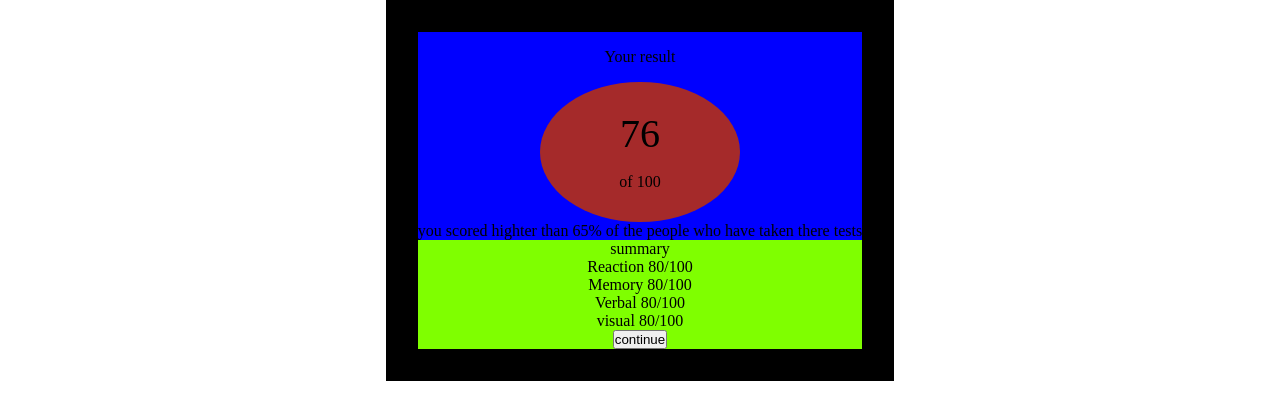
Repository: rahanwz/Card2-raha
Page: card2.html
These files come from the project's save history. The page is drawn as it stood at one moment and after a run of saves; the edit follows.
The browser window is 1280 px wide. The pictures show the whole page.

Above is the page before, as saved 2024-02-19 23:35:33.

### card2.html
<!DOCTYPE html>
<html lang="en">
  <head>
    <meta charset="UTF-8" />
    <meta name="viewport" content="width=device-width, initial-scale=1.0" />
    <title>Document</title>
    <link rel="stylesheet" href="card2.css" />
  </head>
  <body>
    <div class="container">
      <div class="card_container">
        <div class="top_card">
          <p>Your result</p>
          <div class="present">
           <p>76</p><p>of 100</p>
          </div>
          <p>
            you scored highter than 65% of the people who have taken there tests
          </p>
        </div>
        <div class="bottom_card">
          <p>summary</p>
          <div>Reaction 80/100</div>
          <div>Memory 80/100</div>
          <div>Verbal 80/100</div>
          <div>visual 80/100</div>
          <div><button>continue</button></div>
        </div>
      </div>
    </div>
  </body>
</html>

### card2.css
* {
  padding: 0;
  margin: 0;
  box-sizing: border-box;
}
body {
  display: flex;
  justify-content: center;
}
.container {
  background-color: black;
  padding: 2rem;
}
.card_container {
  background-color: aquamarine;
}
.card_container {
  text-align: center;
}

.top_card :first-child,seco{
  padding: 1rem;
}
.present :first-child {
  font-size: 2.5rem;
  padding-top: 1.75rem;
}

.present {
  background-color: #f57d1f;
  height: 19.5vh;
  width: 45%;
  border-radius: 100%;
  background-color: brown;
  margin: auto;
}

.top_card {
  background-color: blue;
}
.bottom_card {
  background-color: chartreuse;
  height: 100%;
}

After the next 3 saves:
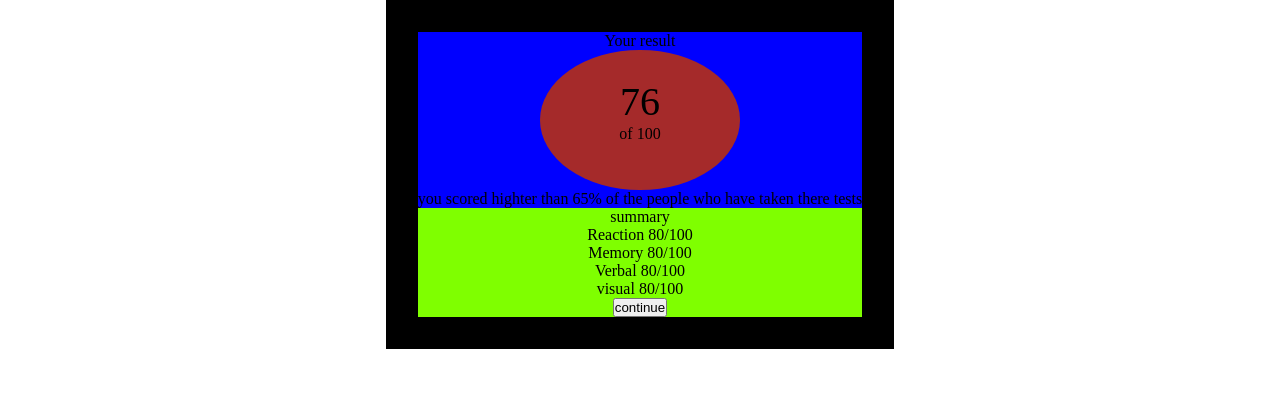
The 3 saves are shown as one change because they came seconds apart.
The last was saved 10 s later.
--- a/card2.css
+++ b/card2.css
@@ -18,7 +18,7 @@ body {
   text-align: center;
 }
 
-.top_card :first-child,seco{
+.top_card :first-child,:sec{
   padding: 1rem;
 }
 .present :first-child {
